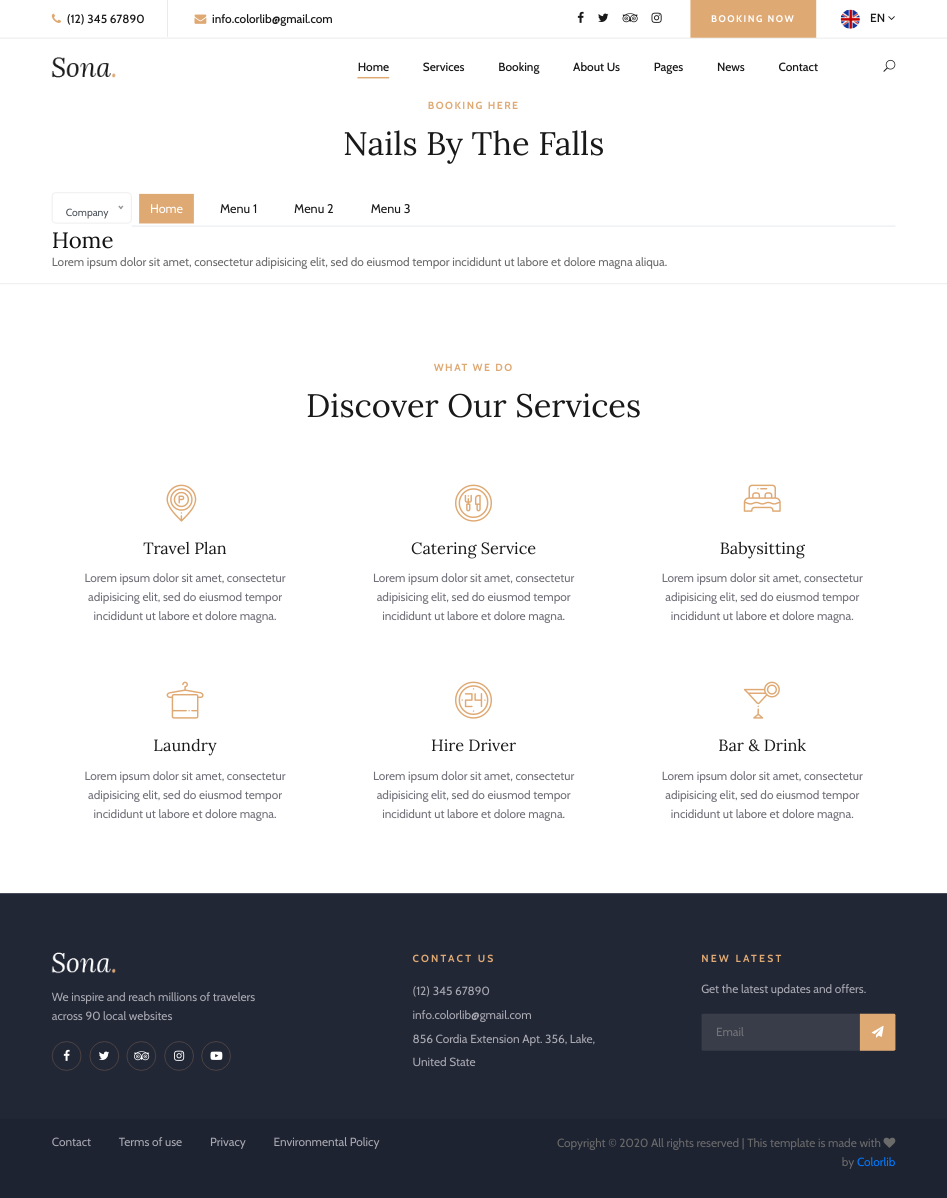
Repository: KeriBoss/Booking_Spa
Page: booking.html
An editor plug-in stored every save of this project. The page is shown before and after the next save, followed by the edit.
The browser window is 1280 px wide. The pictures show the whole page, at 74% of full size.

Above is the page before, as saved 2023-05-19 15:59:09.

After the next save:
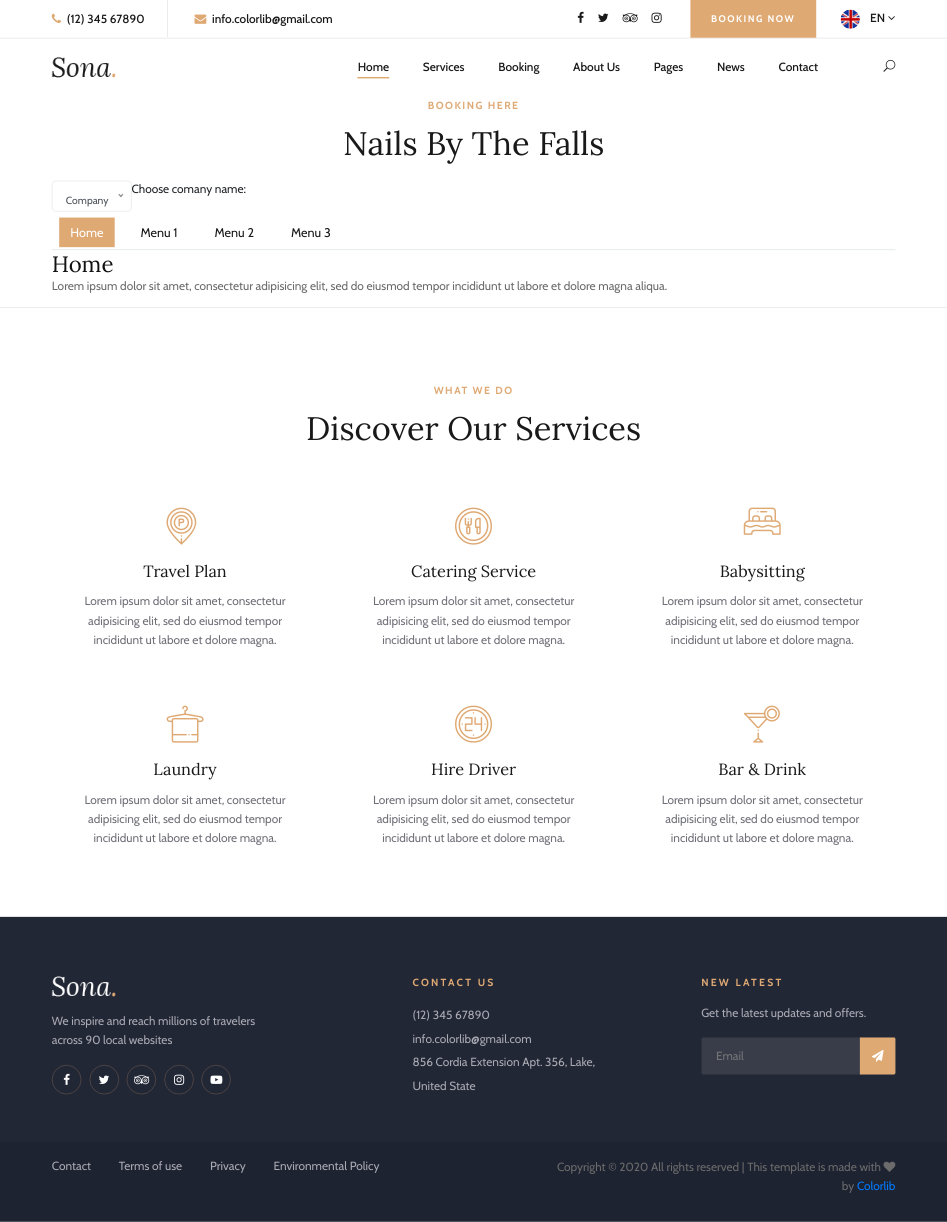
Saved 37 s later.
--- a/booking.html
+++ b/booking.html
@@ -179,6 +179,7 @@
                 <div class="col-lg-12">
                     <div class="w-100">
                         <div class="form-group">
+                            <label for="">Choose comany name: </label>
                             <select class="form-control">
                                 <option value="">Company</option>
                                 <option value="">Company</option>
